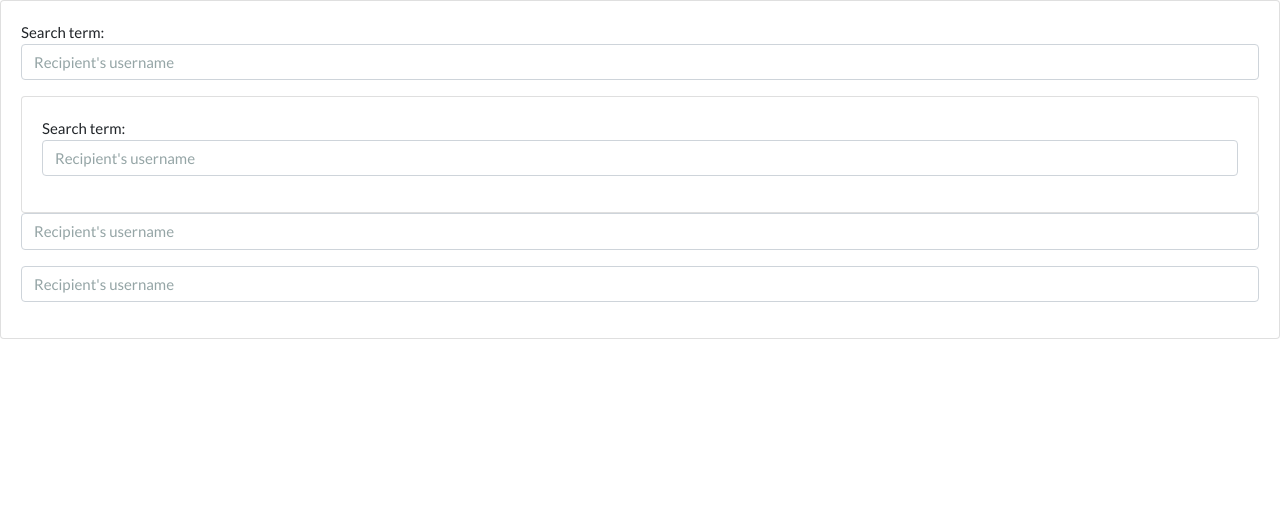
Repository: broganneagle/NYTSearch
Page: index.html
These files come from the project's save history. The page is drawn as it stood at one moment and after the next save; the edit follows.
The browser window is 1280 px wide. The pictures show the whole page.
Some web libraries are served in a nearby version.

Above is the page before, as saved 2020-06-26 13:38:39.

After the next save:
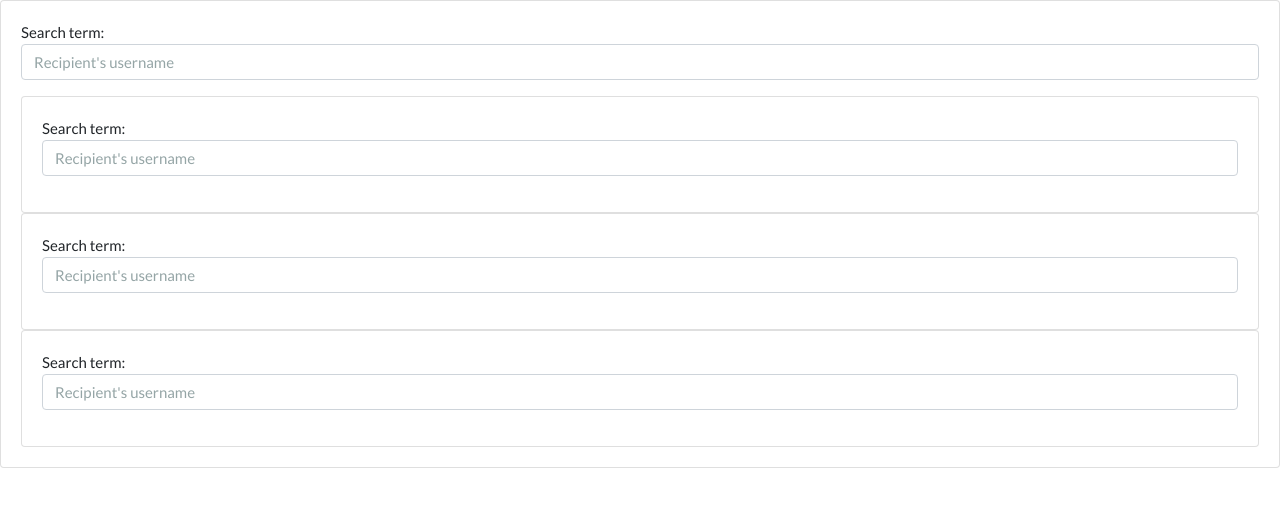
Saved 79 s later.
--- a/index.html
+++ b/index.html
@@ -1,5 +1,6 @@
 <!DOCTYPE html>
 <html lang="en">
+
 <head>
     <meta charset="UTF-8">
     <meta name="viewport" content="width=device-width, initial-scale=1.0">
@@ -8,30 +9,44 @@
     <link href="https://stackpath.bootstrapcdn.com/bootswatch/4.5.0/flatly/bootstrap.min.css" rel="stylesheet"
         integrity="sha384-mhpbKVUOPCSocLzx2ElRISIORFRwr1ZbO9bAlowgM5kO7hnpRBe+brVj8NNPUiFs" crossorigin="anonymous">
 </head>
+
 <body>
     <div class="card">
         <div class="card-body">
-          Search term:
-        <div class="input-group mb-3">
-        <input type="text" class="form-control" placeholder="Recipient's username" aria-label="Recipient's username" aria-describedby="button-addon2">
-     </div>
-     <div class="card">
-        <div class="card-body">
-          Search term:
-     <div class="input-group mb-3">
+            Search term:
+            <div class="input-group mb-3">
+                <input type="text" class="form-control" placeholder="Recipient's username"
+                    aria-label="Recipient's username" aria-describedby="button-addon2">
+            </div>
+            <div class="card">
+                <div class="card-body">
+                    Search term:
+                    <div class="input-group mb-3">
 
-        <input type="text" class="form-control" placeholder="Recipient's username" aria-label="Recipient's username" aria-describedby="button-addon2">
-     </div>
-     </div>
-     </div>
-     <div class="input-group mb-3">
-        <input type="text" class="form-control" placeholder="Recipient's username" aria-label="Recipient's username" aria-describedby="button-addon2">
-     </div>
-     <div class="input-group mb-3">
-        <input type="text" class="form-control" placeholder="Recipient's username" aria-label="Recipient's username" aria-describedby="button-addon2">
-     </div>
-    </div>
-</div>
+                        <input type="text" class="form-control" placeholder="Recipient's username"
+                            aria-label="Recipient's username" aria-describedby="button-addon2">
+                    </div>
+                </div>
+            </div>
+            <div class="card">
+                <div class="card-body">
+                    Search term:
+                    <div class="input-group mb-3">
+                        <input type="text" class="form-control" placeholder="Recipient's username"
+                            aria-label="Recipient's username" aria-describedby="button-addon2">
+                    </div>
+                </div>
+            </div>
+            <div class="card">
+                <div class="card-body">
+                    Search term:
+                    <div class="input-group mb-3">
+                        <input type="text" class="form-control" placeholder="Recipient's username"
+                            aria-label="Recipient's username" aria-describedby="button-addon2">
+                    </div>
+                </div>
+            </div>
 
 </body>
+
 </html>
